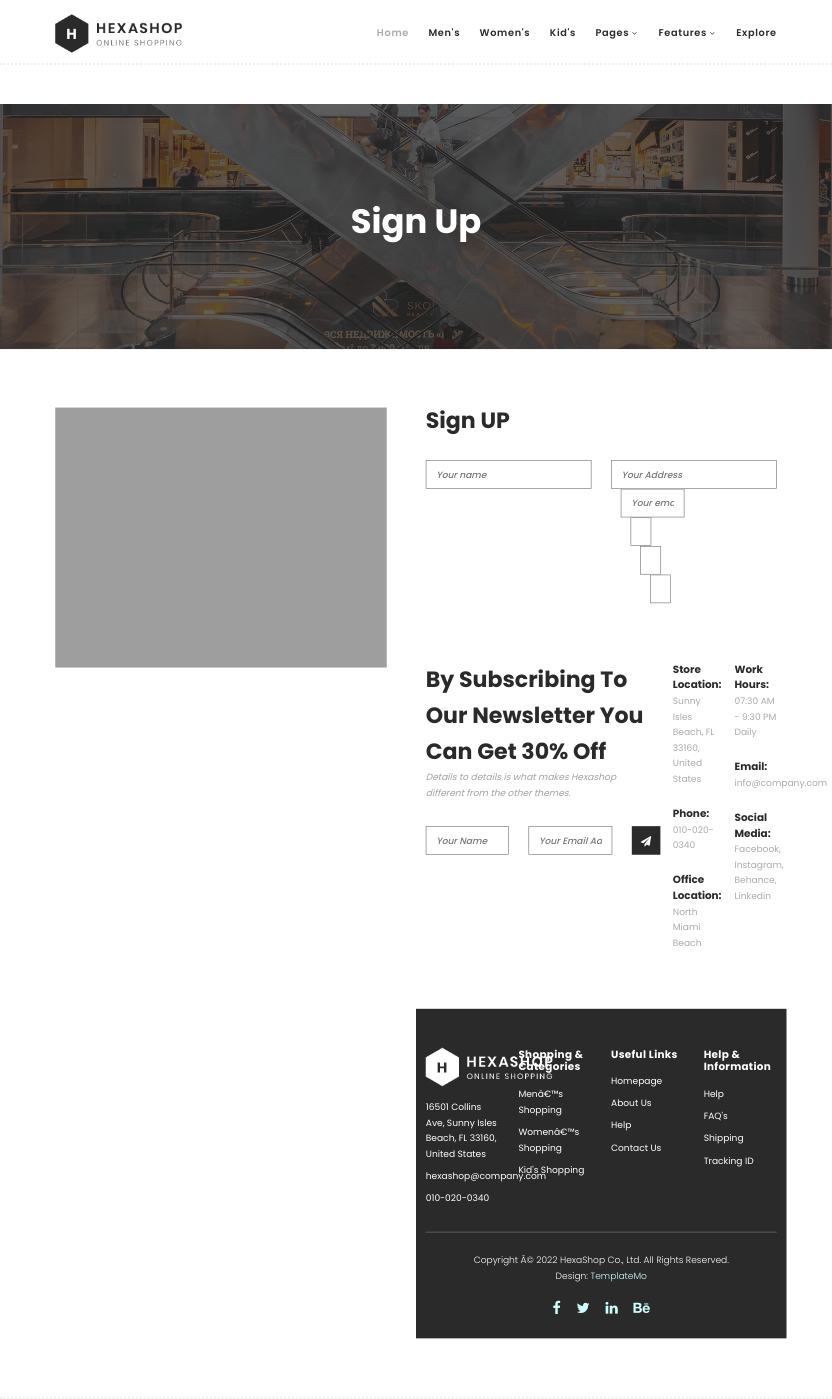
Repository: anmoltrivedi2111/JAVA
Page: http://localhost/HexaShop/Signup.jsp
These files come from the project's save history. The page is drawn as it stood at one moment and after the next save; the edit follows.
The browser window is 1280 px wide. The pictures show the whole page, at 65% of full size.
Pictures or frames that could not be fetched are drawn as grey boxes. The page is served by Tomcat 9. Other server files are loaded and not shown.

Above is the page before, as saved 2025-05-21 05:20:05.
Console error: TypeError: Cannot read properties of undefined (reading 'top')

### eclipse-workspace/HexaShop/src/main/webapp/Signup.jsp
<!DOCTYPE html>
<html lang="en">

<%@ include file="header.jsp" %>

    <!-- ***** Main Banner Area Start ***** -->
    <div class="page-heading about-page-heading" id="top">
        <div class="container">
            <div class="row">
                <div class="col-lg-12">
                    <div class="inner-content">
                        <h2>Sign Up</h2>

                    </div>
                </div>
            </div>
        </div>
    </div>
    <!-- ***** Main Banner Area End ***** -->

    <!-- ***** Contact Area Starts ***** -->
    <div class="contact-us">
        <div class="container">
            <div class="row">
                <div class="col-lg-6">
                    <div id="map">
                      <iframe src="https://www.google.com/maps/embed?pb=!1m18!1m12!1m3!1d90186.37207676383!2d-80.13495239500924!3d25.9317678710111!2m3!1f0!2f0!3f0!3m2!1i1024!2i768!4f13.1!3m3!1m2!1s0x88d9ad1877e4a82d%3A0xa891714787d1fb5e!2sPier%20Park!5e1!3m2!1sen!2sth!4v1637512439384!5m2!1sen!2sth" width="100%" height="400px" frameborder="0" style="border:0" allowfullscreen></iframe>
                      <!-- You can simply copy and paste "Embed a map" code from Google Maps for any location. -->

                    </div>
                </div>
                <div class="col-lg-6">
                    <div class="section-heading">
                        <h2>Sign UP</h2>

                    </div>
                    <form id="contact" action="" method="post">
                        <div class="row">
                          <div class="col-lg-6">
                            <fieldset>
                              <input name="cname" type="text" id="name" placeholder="Your name" required="">
                            </fieldset>
                          </div>
                          <div class="col-lg-6">
                            <fieldset>
                              <input name="cadd" type="text" id="name" placeholder="Your Address" required="">
                            </fieldset>
                             <div class="col-lg-6">
                            <fieldset>
                              <input name="email" type="text" id="email" placeholder="Your email" required="">
                            </fieldset>
                         	 <div class="col-lg-6">
                            <fieldset>
                              <input name="mob" type="text" id="email" placeholder="Your Mobile No." required="">
                            </fieldset>
                             <div class="col-lg-6">
                            <fieldset>
                              <input name="unm" type="text" id="email" placeholder="Your Username" required="">
                            </fieldset>
                             <div class="col-lg-6">
                            <fieldset>
                              <input name="pw" type="password" id="email" placeholder="Your Password" required="">
                            </fieldset>

                        </div>
                      </form>
                </div>
            </div>
        </div>
    </div>
    <!-- ***** Contact Area Ends ***** -->

    <!-- ***** Subscribe Area Starts ***** -->
    <div class="subscribe">
        <div class="container">
            <div class="row">
                <div class="col-lg-8">
                    <div class="section-heading">
                        <h2>By Subscribing To Our Newsletter You Can Get 30% Off</h2>
                        <span>Details to details is what makes Hexashop different from the other themes.</span>
                    </div>
                    <form id="subscribe" action="" method="get">
                        <div class="row">
                          <div class="col-lg-5">
                            <fieldset>
                              <input name="name" type="text" id="name" placeholder="Your Name" required="">
                            </fieldset>
                          </div>
                          <div class="col-lg-5">
                            <fieldset>
                              <input name="email" type="text" id="email" pattern="[^ @]*@[^ @]*" placeholder="Your Email Address" required="">
                            </fieldset>
                          </div>
                          <div class="col-lg-2">
                            <fieldset>
                              <button type="submit" id="form-submit" class="main-dark-button"><i class="fa fa-paper-plane"></i></button>
                            </fieldset>
                          </div>
                        </div>
                    </form>
                </div>
                <div class="col-lg-4">
                    <div class="row">
                        <div class="col-6">
                            <ul>
                                <li>Store Location:<br><span>Sunny Isles Beach, FL 33160, United States</span></li>
                                <li>Phone:<br><span>010-020-0340</span></li>
                                <li>Office Location:<br><span>North Miami Beach</span></li>
                            </ul>
                        </div>
                        <div class="col-6">
                            <ul>
                                <li>Work Hours:<br><span>07:30 AM - 9:30 PM Daily</span></li>
                                <li>Email:<br><span>info@company.com</span></li>
                                <li>Social Media:<br><span><a href="#">Facebook</a>, <a href="#">Instagram</a>, <a href="#">Behance</a>, <a href="#">Linkedin</a></span></li>
                            </ul>
                        </div>
                    </div>
                </div>
            </div>
        </div>
    </div>
    <!-- ***** Subscribe Area Ends ***** -->

 <%@include file="footer.jsp" %>

    <!-- jQuery -->
    <script src="assets/js/jquery-2.1.0.min.js"></script>

    <!-- Bootstrap -->
    <script src="assets/js/popper.js"></script>
    <script src="assets/js/bootstrap.min.js"></script>

    <!-- Plugins -->
    <script src="assets/js/owl-carousel.js"></script>
    <script src="assets/js/accordions.js"></script>
    <script src="assets/js/datepicker.js"></script>
    <script src="assets/js/scrollreveal.min.js"></script>
    <script src="assets/js/waypoints.min.js"></script>
    <script src="assets/js/jquery.counterup.min.js"></script>
    <script src="assets/js/imgfix.min.js"></script>
    <script src="assets/js/slick.js"></script>
    <script src="assets/js/lightbox.js"></script>
    <script src="assets/js/isotope.js"></script>

    <!-- Global Init -->
    <script src="assets/js/custom.js"></script>

    <script>

        $(function() {
            var selectedClass = "";
            $("p").click(function(){
            selectedClass = $(this).attr("data-rel");
            $("#portfolio").fadeTo(50, 0.1);
                $("#portfolio div").not("."+selectedClass).fadeOut();
            setTimeout(function() {
              $("."+selectedClass).fadeIn();
              $("#portfolio").fadeTo(50, 1);
            }, 500);

            });
        });

    </script>

  </body>

</html>

### eclipse-workspace/HexaShop/src/main/webapp/header.jsp
  <head>

    <meta charset="utf-8">
    <meta name="viewport" content="width=device-width, initial-scale=1, shrink-to-fit=no">
    <meta name="description" content="">
    <meta name="author" content="">
    <link href="https://fonts.googleapis.com/css?family=Poppins:100,200,300,400,500,600,700,800,900&display=swap" rel="stylesheet">

    <title>Hexashop Ecommerce HTML CSS Template</title>


    <!-- Additional CSS Files -->
    <link rel="stylesheet" type="text/css" href="assets/css/bootstrap.min.css">

    <link rel="stylesheet" type="text/css" href="assets/css/font-awesome.css">

    <link rel="stylesheet" href="assets/css/templatemo-hexashop.css">

    <link rel="stylesheet" href="assets/css/owl-carousel.css">

    <link rel="stylesheet" href="assets/css/lightbox.css">
<!--

TemplateMo 571 Hexashop

https://templatemo.com/tm-571-hexashop

-->
    </head>

    <body>

    <!-- ***** Preloader Start ***** -->
    <div id="preloader">
        <div class="jumper">
            <div></div>
            <div></div>
            <div></div>
        </div>
    </div>
    <!-- ***** Preloader End ***** -->


    <!-- ***** Header Area Start ***** -->
    <header class="header-area header-sticky">
        <div class="container">
            <div class="row">
                <div class="col-12">
                    <nav class="main-nav">
                        <!-- ***** Logo Start ***** -->
                        <a href="index.jsp" class="logo">
                            <img src="assets/images/logo.png">
                        </a>
                        <!-- ***** Logo End ***** -->
                        <!-- ***** Menu Start ***** -->
                        <ul class="nav">
                            <li class="scroll-to-section"><a href="#top" class="active">Home</a></li>
                            <li class="scroll-to-section"><a href="#men">Men's</a></li>
                            <li class="scroll-to-section"><a href="#women">Women's</a></li>
                            <li class="scroll-to-section"><a href="#kids">Kid's</a></li>
                            <li class="submenu">
                                <a href="javascript:;">Pages</a>
                                <ul>
                                    <li><a href="about.jsp">About Us</a></li>
                                    <li><a href="products.jsp">Products</a></li>
                                    <li><a href="single-product.jsp">Single Product</a></li>
                                    <li><a href="contact.jsp">Contact Us</a></li>
                                </ul>
                            </li>
                            <li class="submenu">
                                <a href="javascript:;">Features</a>
                                <ul>
                                    <li><a href="#">Features Page 1</a></li>
                                    <li><a href="#">Features Page 2</a></li>
                                    <li><a href="#">Features Page 3</a></li>
                                    <li><a rel="nofollow" href="https://templatemo.com/page/4" target="_blank">Template Page 4</a></li>
                                </ul>
                            </li>
                            <li class="scroll-to-section"><a href="#explore">Explore</a></li>
                        </ul>
                        <a class='menu-trigger'>
                            <span>Menu</span>
                        </a>
                        <!-- ***** Menu End ***** -->
                    </nav>
                </div>
            </div>
        </div>
    </header>
    <!-- ***** Header Area End ***** -->

### eclipse-workspace/HexaShop/src/main/webapp/footer.jsp
   <!-- ***** Footer Start ***** -->
    <footer>
        <div class="container">
            <div class="row">
                <div class="col-lg-3">
                    <div class="first-item">
                        <div class="logo">
                            <img src="assets/images/white-logo.png" alt="hexashop ecommerce templatemo">
                        </div>
                        <ul>
                            <li><a href="#">16501 Collins Ave, Sunny Isles Beach, FL 33160, United States</a></li>
                            <li><a href="#">hexashop@company.com</a></li>
                            <li><a href="#">010-020-0340</a></li>
                        </ul>
                    </div>
                </div>
                <div class="col-lg-3">
                    <h4>Shopping &amp; Categories</h4>
                    <ul>
                        <li><a href="#">Men’s Shopping</a></li>
                        <li><a href="#">Women’s Shopping</a></li>
                        <li><a href="#">Kid's Shopping</a></li>
                    </ul>
                </div>
                <div class="col-lg-3">
                    <h4>Useful Links</h4>
                    <ul>
                        <li><a href="#">Homepage</a></li>
                        <li><a href="#">About Us</a></li>
                        <li><a href="#">Help</a></li>
                        <li><a href="#">Contact Us</a></li>
                    </ul>
                </div>
                <div class="col-lg-3">
                    <h4>Help &amp; Information</h4>
                    <ul>
                        <li><a href="#">Help</a></li>
                        <li><a href="#">FAQ's</a></li>
                        <li><a href="#">Shipping</a></li>
                        <li><a href="#">Tracking ID</a></li>
                    </ul>
                </div>
                <div class="col-lg-12">
                    <div class="under-footer">
                        <p>Copyright © 2022 HexaShop Co., Ltd. All Rights Reserved.

                        <br>Design: <a href="https://templatemo.com" target="_parent" title="free css templates">TemplateMo</a></p>
                        <ul>
                            <li><a href="#"><i class="fa fa-facebook"></i></a></li>
                            <li><a href="#"><i class="fa fa-twitter"></i></a></li>
                            <li><a href="#"><i class="fa fa-linkedin"></i></a></li>
                            <li><a href="#"><i class="fa fa-behance"></i></a></li>
                        </ul>
                    </div>
                </div>
            </div>
        </div>
    </footer>

### eclipse-workspace/HexaShop/src/main/webapp/assets/css/owl-carousel.css
/**
 * Owl Carousel v2.3.4
 * Copyright 2013-2018 David Deutsch
 * Licensed under: SEE LICENSE IN https://github.com/OwlCarousel2/OwlCarousel2/blob/master/LICENSE
 */
/*
 *  Owl Carousel - Core
 */
.owl-carousel {
  display: none;
  width: 100%;
  -webkit-tap-highlight-color: transparent;
  /* position relative and z-index fix webkit rendering fonts issue */
  position: relative;
  z-index: 1; }
  .owl-carousel .owl-stage {
    position: relative;
    -ms-touch-action: pan-Y;
    touch-action: manipulation;
    -moz-backface-visibility: hidden;
    /* fix firefox animation glitch */ }
  .owl-carousel .owl-stage:after {
    content: ".";
    display: block;
    clear: both;
    visibility: hidden;
    line-height: 0;
    height: 0; }
  .owl-carousel .owl-stage-outer {
    position: relative;
    overflow: hidden;
    /* fix for flashing background */
    -webkit-transform: translate3d(0px, 0px, 0px); }
  .owl-carousel .owl-wrapper,
  .owl-carousel .owl-item {
    -webkit-backface-visibility: hidden;
    -moz-backface-visibility: hidden;
    -ms-backface-visibility: hidden;
    -webkit-transform: translate3d(0, 0, 0);
    -moz-transform: translate3d(0, 0, 0);
    -ms-transform: translate3d(0, 0, 0); }
  .owl-carousel .owl-item {
    position: relative;
    min-height: 1px;
    float: left;
    -webkit-backface-visibility: hidden;
    -webkit-tap-highlight-color: transparent;
    -webkit-touch-callout: none; }
  .owl-carousel .owl-item img {
    display: block;
    width: 100%; }
  .owl-carousel .owl-nav.disabled,
  .owl-carousel .owl-dots.disabled {
    display: none; }
  .owl-carousel .owl-nav .owl-prev,
  .owl-carousel .owl-nav .owl-next,
  .owl-carousel .owl-dot {
    cursor: pointer;
    -webkit-user-select: none;
    -khtml-user-select: none;
    -moz-user-select: none;
    -ms-user-select: none;
    user-select: none; }
  .owl-carousel .owl-nav button.owl-prev,
  .owl-carousel .owl-nav button.owl-next,
  .owl-carousel button.owl-dot {
    background: none;
    color: inherit;
    border: none;
    padding: 0 !important;
    font: inherit; }
  .owl-carousel.owl-loaded {
    display: block; }
  .owl-carousel.owl-loading {
    opacity: 0;
    display: block; }
  .owl-carousel.owl-hidden {
    opacity: 0; }
  .owl-carousel.owl-refresh .owl-item {
    visibility: hidden; }
  .owl-carousel.owl-drag .owl-item {
    -ms-touch-action: pan-y;
        touch-action: pan-y;
    -webkit-user-select: none;
    -moz-user-select: none;
    -ms-user-select: none;
    user-select: none; }
  .owl-carousel.owl-grab {
    cursor: move;
    cursor: grab; }
  .owl-carousel.owl-rtl {
    direction: rtl; }
  .owl-carousel.owl-rtl .owl-item {
    float: right; }

/* No Js */
.no-js .owl-carousel {
  display: block; }

/*
 *  Owl Carousel - Animate Plugin
 */
.owl-carousel .animated {
  animation-duration: 1000ms;
  animation-fill-mode: both; }

.owl-carousel .owl-animated-in {
  z-index: 0; }

.owl-carousel .owl-animated-out {
  z-index: 1; }

.owl-carousel .fadeOut {
  animation-name: fadeOut; }

@keyframes fadeOut {
  0% {
    opacity: 1; }
  100% {
    opacity: 0; } }

/*
 * 	Owl Carousel - Auto Height Plugin
 */
.owl-height {
  transition: height 500ms ease-in-out; }

/*
 * 	Owl Carousel - Lazy Load Plugin
 */
.owl-carousel .owl-item {
  /**
			This is introduced due to a bug in IE11 where lazy loading combined with autoheight plugin causes a wrong
			calculation of the height of the owl-item that breaks page layouts
		 */ }
  .owl-carousel .owl-item .owl-lazy {
    opacity: 0;
    transition: opacity 400ms ease; }
  .owl-carousel .owl-item .owl-lazy[src^=""], .owl-carousel .owl-item .owl-lazy:not([src]) {
    max-height: 0; }
  .owl-carousel .owl-item img.owl-lazy {
    transform-style: preserve-3d; }

/*
 * 	Owl Carousel - Video Plugin
 */
.owl-carousel .owl-video-wrapper {
  position: relative;
  height: 100%;
  background: #000; }

.owl-carousel .owl-video-play-icon {
  position: absolute;
  height: 80px;
  width: 80px;
  left: 50%;
  top: 50%;
  margin-left: -40px;
  margin-top: -40px;
  background: url("owl.video.play.png") no-repeat;
  cursor: pointer;
  z-index: 1;
  -webkit-backface-visibility: hidden;
  transition: transform 100ms ease; }

.owl-carousel .owl-video-play-icon:hover {
  -ms-transform: scale(1.3, 1.3);
      transform: scale(1.3, 1.3); }

.owl-carousel .owl-video-playing .owl-video-tn,
.owl-carousel .owl-video-playing .owl-video-play-icon {
  display: none; }

.owl-carousel .owl-video-tn {
  opacity: 0;
  height: 100%;
  background-position: center center;
  background-repeat: no-repeat;
  background-size: contain;
  transition: opacity 400ms ease; }

.owl-carousel .owl-video-frame {
  position: relative;
  z-index: 1;
  height: 100%;
  width: 100%; }

Loaded but not shown: eclipse-workspace/HexaShop/src/main/webapp/assets/css/bootstrap.min.css (library); eclipse-workspace/HexaShop/src/main/webapp/assets/css/font-awesome.css (library); eclipse-workspace/HexaShop/src/main/webapp/assets/css/lightbox.css (library); eclipse-workspace/HexaShop/src/main/webapp/assets/js/jquery-2.1.0.min.js (library); eclipse-workspace/HexaShop/src/main/webapp/assets/js/popper.js (library); eclipse-workspace/HexaShop/src/main/webapp/assets/js/bootstrap.min.js (library); eclipse-workspace/HexaShop/src/main/webapp/assets/js/accordions.js (library); eclipse-workspace/HexaShop/src/main/webapp/assets/js/scrollreveal.min.js (library); eclipse-workspace/HexaShop/src/main/webapp/assets/js/waypoints.min.js (library); eclipse-workspace/HexaShop/src/main/webapp/assets/js/jquery.counterup.min.js (common file); eclipse-workspace/HexaShop/src/main/webapp/assets/js/imgfix.min.js (library); eclipse-workspace/HexaShop/src/main/webapp/assets/js/slick.js (library); eclipse-workspace/HexaShop/src/main/webapp/assets/js/lightbox.js (library); eclipse-workspace/HexaShop/src/main/webapp/assets/js/isotope.js (library); eclipse-workspace/HexaShop/src/main/webapp/assets/js/owl-carousel.js (3448 lines, source omitted); eclipse-workspace/HexaShop/src/main/webapp/assets/js/datepicker.js (1671 lines, source omitted); eclipse-workspace/HexaShop/src/main/webapp/assets/js/custom.js (188 lines, source omitted); eclipse-workspace/HexaShop/src/main/webapp/assets/css/templatemo-hexashop.css (2379 lines, source omitted)

After the next save:
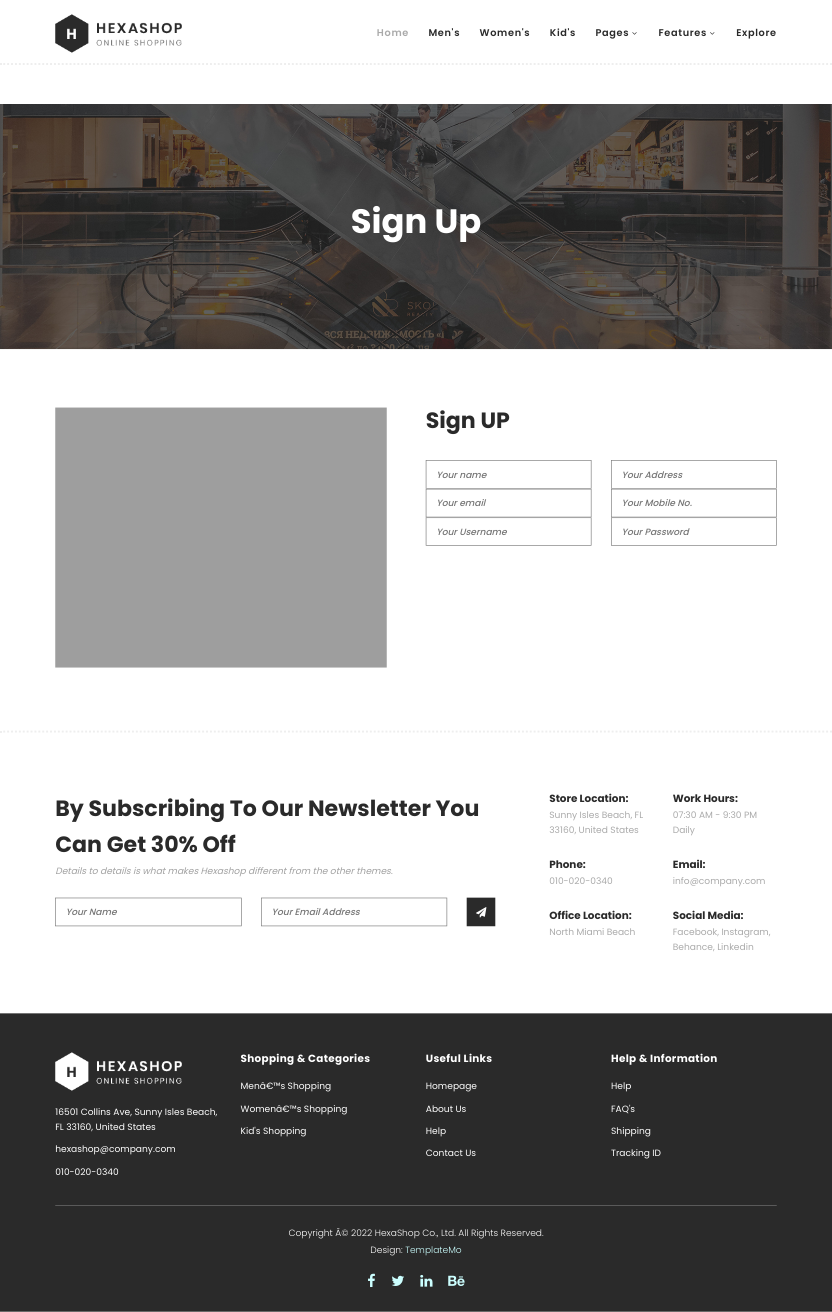
Saved 3 min 54 s later.
--- a/eclipse-workspace/HexaShop/src/main/webapp/Signup.jsp
+++ b/eclipse-workspace/HexaShop/src/main/webapp/Signup.jsp
@@ -45,23 +45,27 @@
                             <fieldset>
                               <input name="cadd" type="text" id="name" placeholder="Your Address" required="">
                             </fieldset>
+                            </div>
                              <div class="col-lg-6">
                             <fieldset>
                               <input name="email" type="text" id="email" placeholder="Your email" required="">
                             </fieldset>
+                            </div>
                          	 <div class="col-lg-6">
                             <fieldset>
                               <input name="mob" type="text" id="email" placeholder="Your Mobile No." required="">
                             </fieldset>
+                            </div>
                              <div class="col-lg-6">
                             <fieldset>
                               <input name="unm" type="text" id="email" placeholder="Your Username" required="">
                             </fieldset>
+                            </div>
                              <div class="col-lg-6">
                             <fieldset>
                               <input name="pw" type="password" id="email" placeholder="Your Password" required="">
                             </fieldset>
-
+                            </div>
                         </div>
                       </form>
                 </div>
